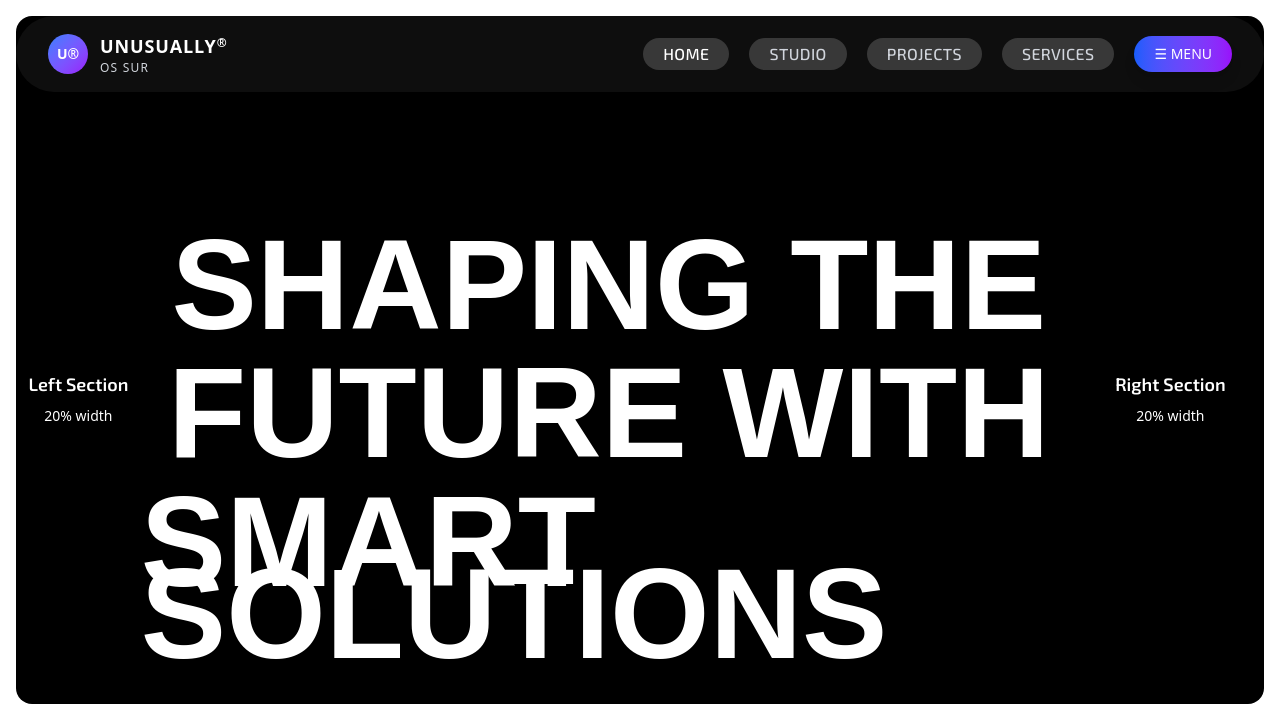
Repository: A-y-u-s-h-29/Digital-Express-India-With-Carrer-Page-And-RazorPay
Page: / (app in op/)
The author's editor kept a copy of each file at every save. The page is drawn from the files as they stood at one save, then again after the next save.
The browser window is 1280 px wide. The pictures show the whole page.
Some web fonts or font styles are not loaded; a fallback is used. The project was rebuilt for these pictures with package versions that can differ from the ones it lists, and the page was loaded fresh each time. Also part of the build but not shown: op/vite.config.js.

Above is the page before, as saved 2025-12-04 14:54:21.

After the next save:
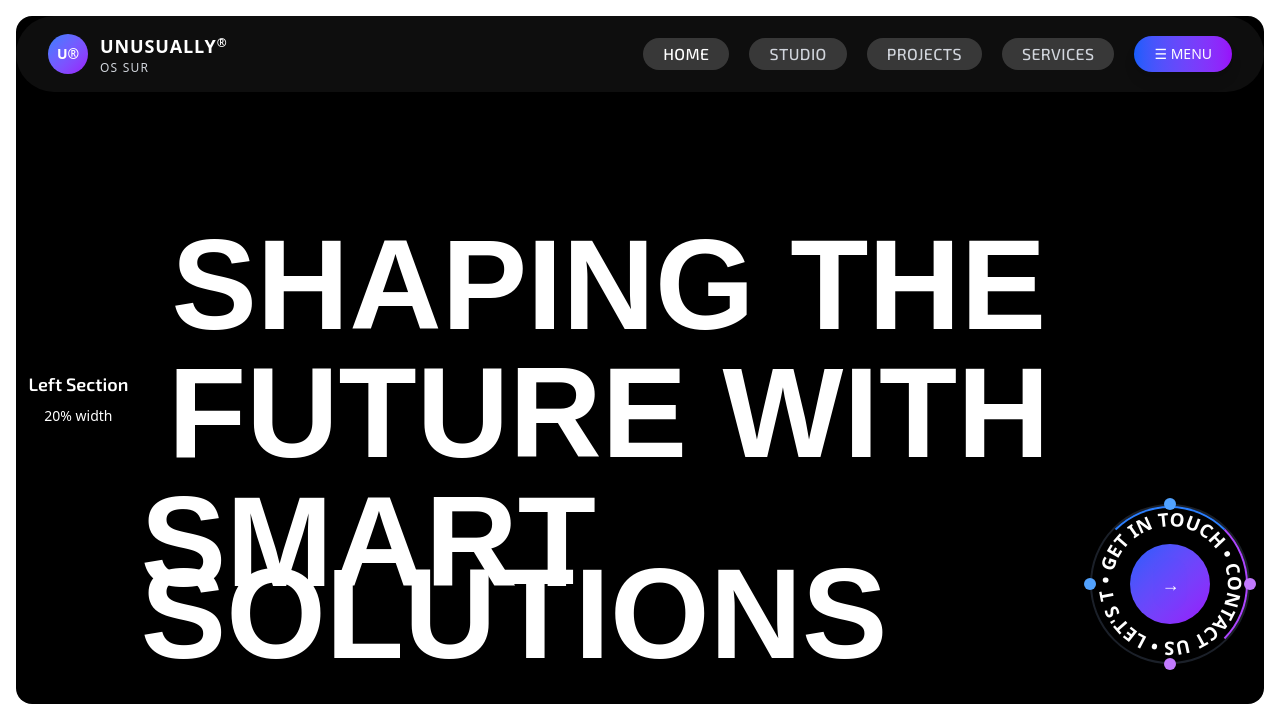
Saved 103 s later.
--- a/op/src/components/Home.jsx
+++ b/op/src/components/Home.jsx
@@ -55,12 +55,69 @@ function Home() {
   </div>
 </div>
           {/* Right Column - 20% width */}
-          <div className="w-[15%] flex items-center justify-center ">
-            <div className="text-white text-center">
-              <p className="exo font-semibold text-lg">Right Section</p>
-              <p className="text-sm mt-2">20% width</p>
+          <div className="w-[15%] flex flex-col items-center justify-center relative">
+  {/* Circular Text Animation Button - Bottom Center */}
+  <div className="absolute bottom-10">
+    <div className="relative group cursor-pointer">
+      {/* Outer Ring with Animated Border */}
+      <div className="relative w-40 h-40 rounded-full border-2 border-gray-700/50 hover:border-blue-500/30 transition-all duration-500 group-hover:scale-110 group-hover:border-blue-500/50">
+        {/* Animated Ring */}
+        <div className="absolute inset-0 rounded-full border-2 border-transparent border-t-blue-500 border-r-purple-500 animate-spin-slow"></div>
+
+        {/* Rotating Text Circle */}
+        <div className="absolute inset-0 flex items-center justify-center">
+          <div className="relative w-full h-full">
+            {/* Circular Text Path */}
+            <svg className="w-full h-full" viewBox="0 0 100 100">
+              <defs>
+                <path
+                  id="textCircle"
+                  d="M 50,50 m -37,0 a 37,37 0 1,1 74,0 a 37,37 0 1,1 -74,0"
+                />
+              </defs>
+              <text className="fill-white text-xs font-bold">
+                <textPath
+                  href="#textCircle"
+                  startOffset="0%"
+                  className="animate-rotate-text"
+                >
+                  • GET IN TOUCH • CONTACT US • LET'S TALK •
+                </textPath>
+              </text>
+            </svg>
+          </div>
+        </div>
+
+        {/* Center Circle */}
+        <div className="absolute inset-0 flex items-center justify-center">
+          <div className="w-20 h-20 rounded-full bg-gradient-to-br from-blue-600 to-purple-600 flex items-center justify-center group-hover:from-blue-700 group-hover:to-purple-700 transition-all duration-500 group-hover:scale-105 shadow-lg group-hover:shadow-xl">
+            <div className="relative">
+              {/* Pulsing Effect */}
+              <div className="absolute inset-0 rounded-full bg-blue-500/20 animate-ping"></div>
+              {/* Main Icon */}
+              <span className="relative text-white font-bold text-lg">
+                →
+              </span>
             </div>
           </div>
+        </div>
+
+        {/* Floating Dots */}
+        <div className="absolute -top-2 left-1/2 transform -translate-x-1/2 w-3 h-3 rounded-full bg-blue-400 animate-float"></div>
+        <div className="absolute -bottom-2 left-1/2 transform -translate-x-1/2 w-3 h-3 rounded-full bg-purple-400 animate-float" style={{animationDelay: '0.5s'}}></div>
+        <div className="absolute top-1/2 -left-2 transform -translate-y-1/2 w-3 h-3 rounded-full bg-blue-400 animate-float" style={{animationDelay: '1s'}}></div>
+        <div className="absolute top-1/2 -right-2 transform -translate-y-1/2 w-3 h-3 rounded-full bg-purple-400 animate-float" style={{animationDelay: '1.5s'}}></div>
+      </div>
+
+      {/* Tooltip on Hover */}
+      <div className="absolute -bottom-16 left-1/2 transform -translate-x-1/2 opacity-0 group-hover:opacity-100 transition-opacity duration-300">
+        <div className="bg-gray-900/90 backdrop-blur-sm text-white text-xs px-3 py-2 rounded-lg whitespace-nowrap border border-gray-700">
+          Click to contact us
+        </div>
+      </div>
+    </div>
+  </div>
+</div>
         </div>
 
 
